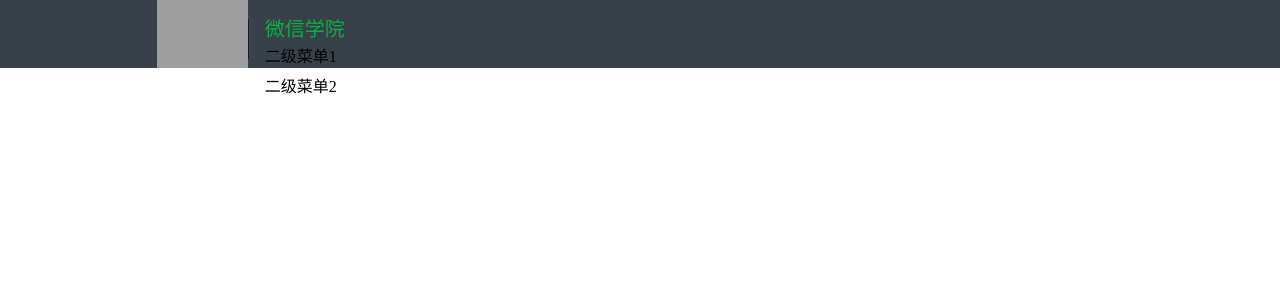
Repository: A1LExX/H5_study_set
Page: tencentUniversity/index.html
The author's editor kept a copy of each file at every save. The page is drawn from the files as they stood at one save, then again after the next save.
The browser window is 1280 px wide. The pictures show the whole page.
Pictures or frames that could not be fetched are drawn as grey boxes.

Above is the page before, as saved 2021-07-03 10:27:21.

### tencentUniversity/index.html
<!--
@author [Alex Wei]
@email [w2262196@outlook.com]
@create date 2021-07-03 09:03:57
@modify date 2021-07-03 10:17:48
@desc [description]
-->
<!DOCTYPE html>
<html lang="en">
<head>
    <meta charset="UTF-8">
    <meta http-equiv="X-UA-Compatible" content="IE=edge">
    <meta name="viewport" content="width=device-width, initial-scale=1.0">
    <!-- 引入重制样式表 -->
    <link rel="stylesheet" href="./css/reset.css">
    <!-- 引入当前页面样式表 -->
    <link rel="stylesheet" href="./css/index.css">
    <title>index</title>
</head>
<body>
    <!-- 页眉 -->
    <div id="header">
        <div class="headerMid container clearfix">
            <div class="logo"><img src="./images/logo_02.jpg" alt=""></div>
            <div class="logoBorder left"></div>
            <div class="logoBorder right"></div>
            <div class="downList">
                <ul>
                    <li class="first">微信学院</li>
                    <li class="down">二级菜单1</li>
                    <li class="down">二级菜单2</li>
                </ul>
            </div>
            <div class="search"></div>
        </div>
    </div>
    <!-- 导航 -->
    <div id="nav"></div>
    <!-- 轮播图 -->
    <div id="banner"></div>
    <!-- 分类 -->
    <div id="class"></div>
    <!-- 页脚 -->
    <div id="footer"></div>
</body>
</html>

### tencentUniversity/css/reset.css
/* http://meyerweb.com/eric/tools/css/reset/
   v2.0 | 20110126
   License: none (public domain)
*/

html, body, div, span, applet, object, iframe,
h1, h2, h3, h4, h5, h6, p, blockquote, pre,
a, abbr, acronym, address, big, cite, code,
del, dfn, em, img, ins, kbd, q, s, samp,
small, strike, strong, sub, sup, tt, var,
b, u, i, center,
dl, dt, dd, ol, ul, li,
fieldset, form, label, legend,
table, caption, tbody, tfoot, thead, tr, th, td,
article, aside, canvas, details, embed,
figure, figcaption, footer, header, hgroup,
menu, nav, output, ruby, section, summary,
time, mark, audio, video {
	margin: 0;
	padding: 0;
	border: 0;
	font-size: 100%;
	font: inherit;
	/* vertical-align: middle; */
}
/* HTML5 display-role reset for older browsers */
article, aside, details, figcaption, figure,
footer, header, hgroup, menu, nav, section {
	display: block;
}
body {
	line-height: 1;
}
ol, ul {
	list-style: none;
}
blockquote, q {
	quotes: none;
}
blockquote:before, blockquote:after,
q:before, q:after {
	content: '';
	content: none;
}
table {
	border-collapse: collapse;
	border-spacing: 0;
}
a{
    text-decoration: none;
    color: inherit;
}
a:hover{
	color: red;
}
input,button{
	border: 0px solid;
	padding: 0;
	margin: 0;
}

### tencentUniversity/css/index.css
/**
 * @author [Alex Wei]
 * @email [w2262196@outlook.com]
 * @create date 2021-07-03 09:46:10
 * @modify date 2021-07-03 10:27:21
 * @desc [description]
 */
/* 版心 */
.container{
    min-width: 1010px;
    margin: 0 auto;
}

/* 消除浮动的影响 */
.clearfix::after{
    content: '';
    display: block;
    height: 0;
    clear: both;
}

html,body{
    width: 100%;
}

/* 测试类 */
.test{
    border: 1px solid red;
}

/* 页眉 */
#header{
    background-color: #38414a;
}

#header .headerMid{
    width: 1010px;
}

#header .logo{
    margin-left: 22px;
    height: 68px;
}

#header .logo img{
    width: 100%;
    height: 100%;
}

.logoBorder{
    width: 1px;
    height: 40px;
    float: left;
    margin-top: 19px;
}

#header .left{
    background-color: #131d27;
}

#header .right{
    background-color: #3f4750;
    margin-right: 15px;
}

.logo,.downList{
    float: left;
}

.downList .first{
    color: #04b141;
    font-size: 20px;
}

.downList ul{
    margin-top: 19px;
    height: 49px;
}

.downList li{
   width: 80px;
   height: 30px;
   background-color: ;
}

.search{
    float: right;
}

After the next save:
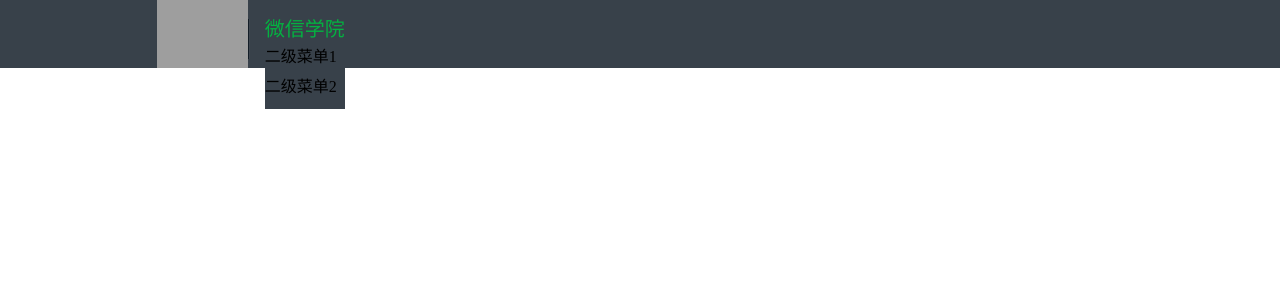
Saved 74 s later.
--- a/tencentUniversity/css/index.css
+++ b/tencentUniversity/css/index.css
@@ -2,7 +2,7 @@
  * @author [Alex Wei]
  * @email [w2262196@outlook.com]
  * @create date 2021-07-03 09:46:10
- * @modify date 2021-07-03 10:27:21
+ * @modify date 2021-07-03 10:28:35
  * @desc [description]
  */
 /* 版心 */
@@ -80,7 +80,7 @@
 .downList li{
    width: 80px;
    height: 30px;
-   background-color: ;
+   background-color: #38414a;
 }
 
 .search{
